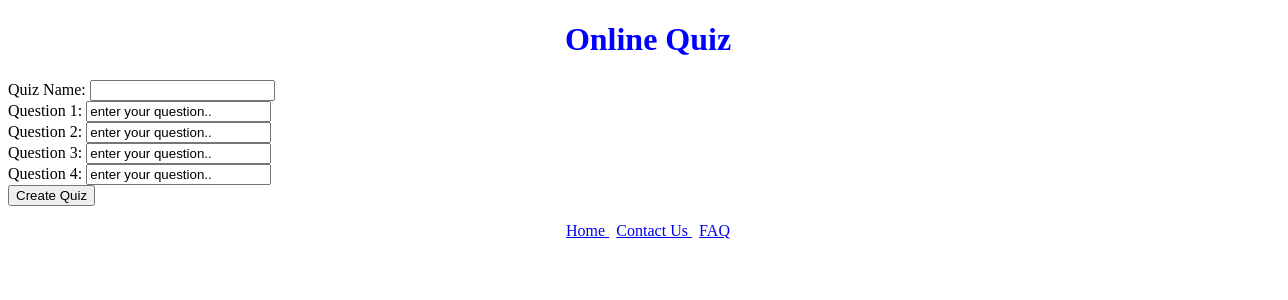
Repository: KaushikVeluruWorld/KaushikJava
Page: http://localhost/OnlineQuiz/newquiz.jsp
The author's editor kept a copy of each file at every save. The page is drawn from the files as they stood at one save, then again after the next save.
The browser window is 1280 px wide. The page is 1288 px wide, so the pictures cover 1288 px, including what lies to the right of the window. The pictures show the whole page.
The page is served by Tomcat 9.

Above is the page before, as saved 2014-12-24 07:58:59.

After the next save:
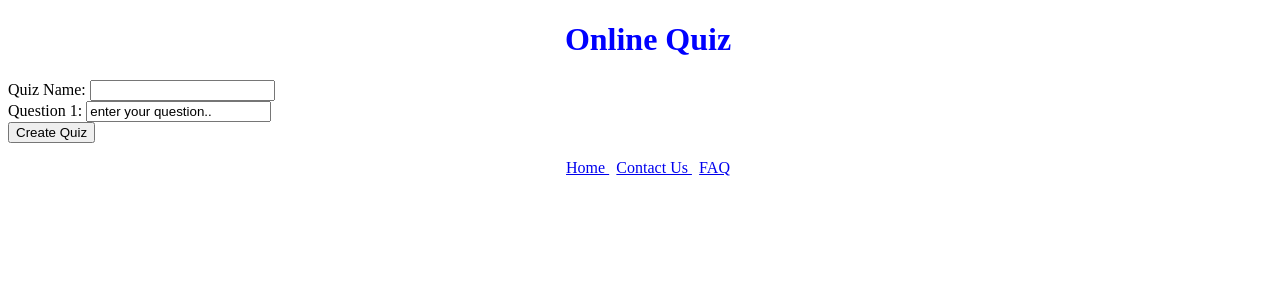
Saved 12 s later.
--- a/Online Quiz Tool/OnlineQuiz/WebContent/newquiz.jsp
+++ b/Online Quiz Tool/OnlineQuiz/WebContent/newquiz.jsp
@@ -12,9 +12,6 @@
 <form action="viewQuiz.jsp" method="GET">
 Quiz Name: <input name="quizname" type="text"></input> <br/>
 Question 1: <input type="text" name="qn1" value="enter your question.."/><br/>
-Question 2: <input type="text" name="qn2" value="enter your question.."/><br/>
-Question 3: <input type="text" name="qn3" value="enter your question.."/><br/>
-Question 4: <input type="text" name="qn4" value="enter your question.."/><br/>
 
 <input type="submit" value="Create Quiz">
 </form>
